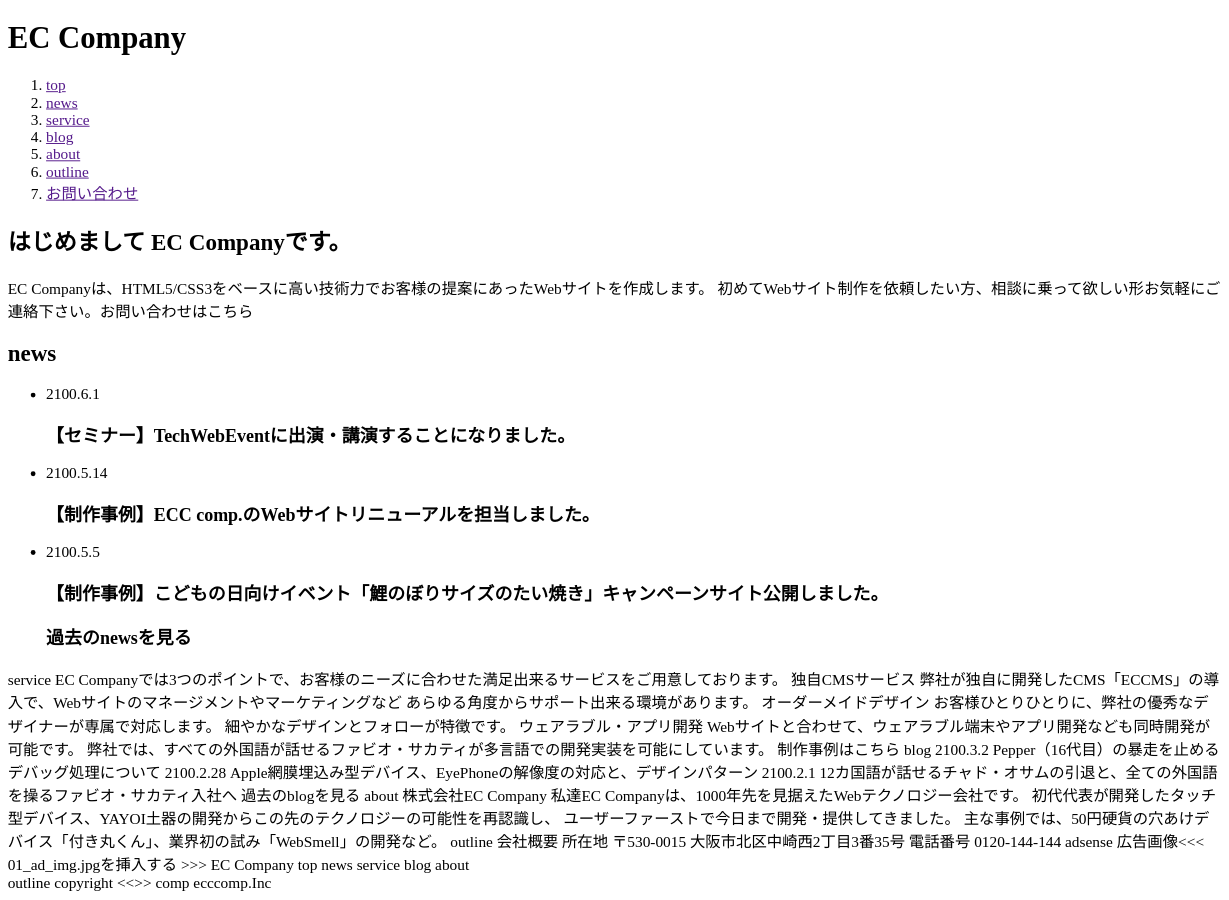
Repository: hsn320/html-practice
Page: html2/work01/work01.html
These files come from the project's save history. The page is drawn as it stood at one moment and after the next save; the edit follows.
The browser window is 1280 px wide. The pictures show the whole page, at 96% of full size.

Above is the page before, as saved 2025-10-01 22:47:49.

### html2/work01/work01.html
<!DOCTYPE html>
<html lang="en">
<head>
    <meta charset="UTF-8">
    <meta name="viewport" content="width=device-width, initial-scale=1.0">
    <title>EC Company</title>
</head>
<body>
    <header>
        <h1>EC Company</h1>
        <nav>
            <ol>
                <li><a href="">top</a></li>
                <li><a href="">news</a></li>
                <li><a href="">service</a></li>
                <li><a href="">blog</a></li>
                <li><a href="">about</a></li>
                <li><a href="">outline</a></li>
                <li><a href="">お問い合わせ</a></li>
            </ol>
        </nav>
    </header>
    <main>
    <section>
        <h2>はじめまして EC Companyです。</h2>
        <p>
            EC Companyは、HTML5/CSS3をベースに高い技術力でお客様の提案にあったWebサイトを作成します。
            初めてWebサイト制作を依頼したい方、相談に乗って欲しい形お気軽にご連絡下さい。お問い合わせはこちら
        </p>
    </section>
    <section>
        <h2>news</h2>
        <ul>
            <li>
                <article>
                    <time datetime="2100.6.1">2100.6.1</time>
                    <h3>【セミナー】TechWebEventに出演・講演することになりました。</h3>
                </article>
            </li>
            <li>
                <article>
                    <time datetime="2100.5.14">2100.5.14</time>
                    <h3>【制作事例】ECC comp.のWebサイトリニューアルを担当しました。</h3>
                </article>
            </li>
            <li>
                <article>
                    <time datetime="2100.5.5">2100.5.5</time>
                    <h3>【制作事例】こどもの日向けイベント「鯉のぼりサイズのたい焼き」キャンペーンサイト公開しました。</h3>
                </article>
            </li>
            <h3>過去のnewsを見る</h3>
        </ul>
    </section>

    service
    EC Companyでは3つのポイントで、お客様のニーズに合わせた満足出来るサービスをご用意しております。
    独自CMSサービス

    弊社が独自に開発したCMS「ECCMS」の導入で、Webサイトのマネージメントやマーケティングなど あらゆる角度からサポート出来る環境があります。
    オーダーメイドデザイン

    お客様ひとりひとりに、弊社の優秀なデザイナーが専属で対応します。 細やかなデザインとフォローが特徴です。
    ウェアラブル・アプリ開発

    Webサイトと合わせて、ウェアラブル端末やアプリ開発なども同時開発が可能です。 弊社では、すべての外国語が話せるファビオ・サカティが多言語での開発実装を可能にしています。

    制作事例はこちら

    blog
    2100.3.2
    Pepper（16代目）の暴走を止めるデバッグ処理について
    2100.2.28
    Apple網膜埋込み型デバイス、EyePhoneの解像度の対応と、デザインパターン
    2100.2.1
    12カ国語が話せるチャド・オサムの引退と、全ての外国語を操るファビオ・サカティ入社へ

    過去のblogを見る

    about
    株式会社EC Company

    私達EC Companyは、1000年先を見据えたWebテクノロジー会社です。 初代代表が開発したタッチ型デバイス、YAYOI土器の開発からこの先のテクノロジーの可能性を再認識し、 ユーザーファーストで今日まで開発・提供してきました。 主な事例では、50円硬貨の穴あけデバイス「付き丸くん」、業界初の試み「WebSmell」の開発など。

    outline
    会社概要
    所在地
    〒530-0015 大阪市北区中崎西2丁目3番35号
    電話番号
    0120-144-144

    adsense
    広告画像<<< 01_ad_img.jpgを挿入する >>>

    EC Company
    top
    news
    service
    blog
    about
    </main>
outline

copyright <<<copyrightマークに差し替え>>> comp ecccomp.Inc
</body>
</html>

After the next save:
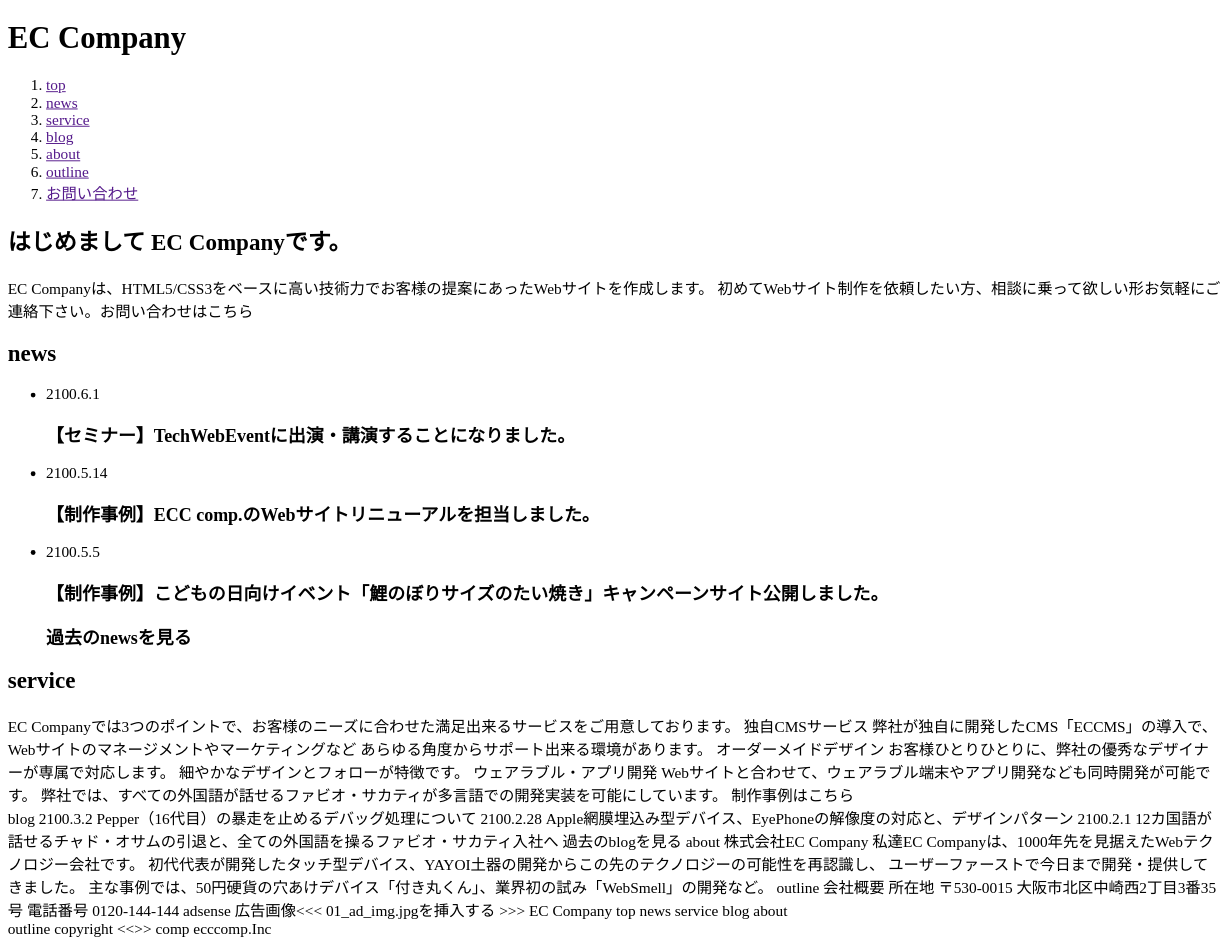
Saved 45 s later.
--- a/html2/work01/work01.html
+++ b/html2/work01/work01.html
@@ -52,20 +52,22 @@
             <h3>過去のnewsを見る</h3>
         </ul>
     </section>
+    <section>
+        <h2>service</h2>
+        EC Companyでは3つのポイントで、お客様のニーズに合わせた満足出来るサービスをご用意しております。
+        独自CMSサービス
 
-    service
-    EC Companyでは3つのポイントで、お客様のニーズに合わせた満足出来るサービスをご用意しております。
-    独自CMSサービス
+        弊社が独自に開発したCMS「ECCMS」の導入で、Webサイトのマネージメントやマーケティングなど あらゆる角度からサポート出来る環境があります。
+        オーダーメイドデザイン
 
-    弊社が独自に開発したCMS「ECCMS」の導入で、Webサイトのマネージメントやマーケティングなど あらゆる角度からサポート出来る環境があります。
-    オーダーメイドデザイン
+        お客様ひとりひとりに、弊社の優秀なデザイナーが専属で対応します。 細やかなデザインとフォローが特徴です。
+        ウェアラブル・アプリ開発
 
-    お客様ひとりひとりに、弊社の優秀なデザイナーが専属で対応します。 細やかなデザインとフォローが特徴です。
-    ウェアラブル・アプリ開発
+        Webサイトと合わせて、ウェアラブル端末やアプリ開発なども同時開発が可能です。 弊社では、すべての外国語が話せるファビオ・サカティが多言語での開発実装を可能にしています。
 
-    Webサイトと合わせて、ウェアラブル端末やアプリ開発なども同時開発が可能です。 弊社では、すべての外国語が話せるファビオ・サカティが多言語での開発実装を可能にしています。
+        制作事例はこちら
+    </section>
 
-    制作事例はこちら
 
     blog
     2100.3.2
